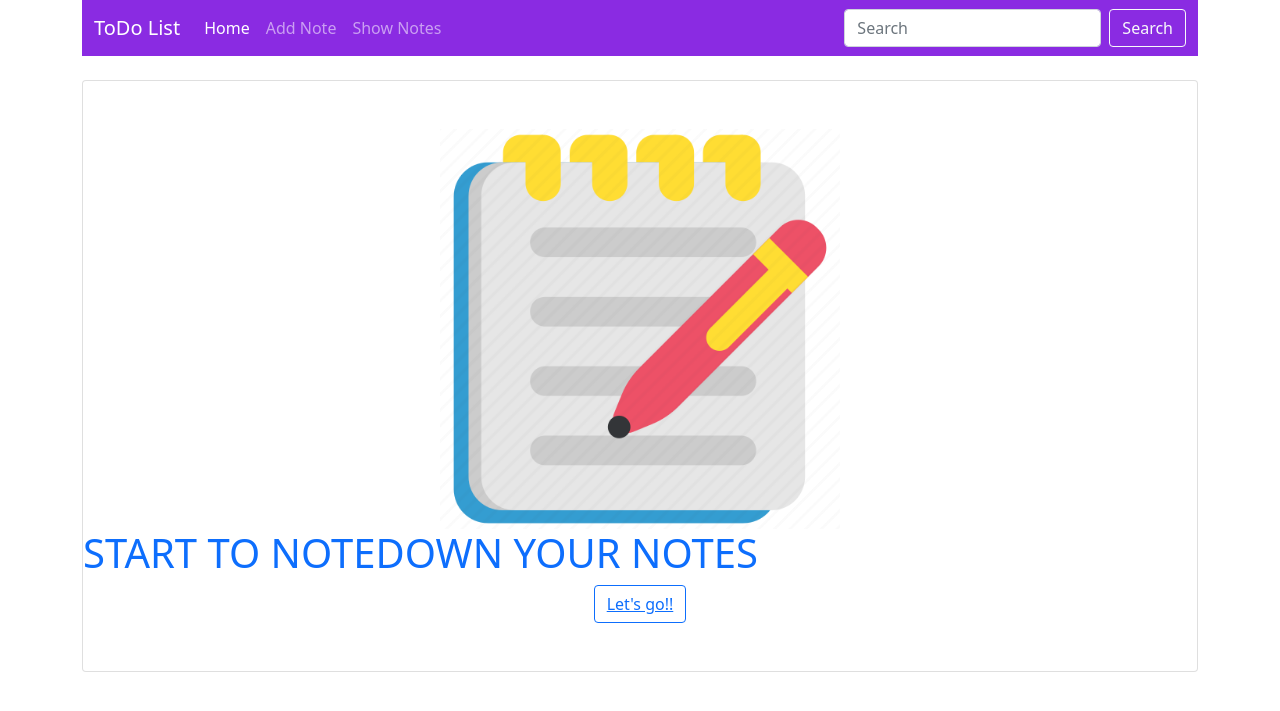
Repository: VishalSalvi17/Hibernate
Page: http://localhost/ToDoList/
An editor plug-in stored every save of this project. The page is shown before and after the next save, followed by the edit.
The browser window is 1280 px wide. The pictures show the whole page.
Some web libraries are served in a nearby version. The page is served by Tomcat 9. Other server files are loaded and not shown.

Above is the page before, as saved 2023-03-17 07:15:04.

### ToDoList/src/main/webapp/index.jsp
<!doctype html>
<html lang="en">
<head>
<!-- Required meta tags -->
<meta charset="utf-8">
<meta name="viewport" content="width=device-width, initial-scale=1">

<title>TODO List : Home Page</title>
<%@include file="all_js_css.jsp"%>
<link rel="stylesheet"
	href="https://cdnjs.cloudflare.com/ajax/libs/font-awesome/6.3.0/css/all.min.css"
	integrity="sha512-SzlrxWUlpfuzQ+pcUCosxcglQRNAq/DZjVsC0lE40xsADsfeQoEypE+enwcOiGjk/bSuGGKHEyjSoQ1zVisanQ=="
	crossorigin="anonymous" referrerpolicy="no-referrer" />
</head>
<body>
	<div class="container">
		<%@include file="navbar.jsp"%>
		<br>
		<div class="card py-5">
		<img alt="" class = "img-fluid mx-auto" width=400px src="img/notebook.webp" >
		<!-- <i class="fa-solid fa-envelope"></i>-->
		<h1 class = "text-primary text-uppercase">Start to notedown your notes</h1>
		<div class="container text-center">
			<button class="btn btn-outline-primary text-center"><a href = "addnote.jsp">Let's go!!</a></button>
		</div>

		</div>
	</div>
</body>
</html>

### ToDoList/src/main/webapp/all_js_css.jsp
<!-- Bootstrap CSS -->
<link
	href="https://cdn.jsdelivr.net/npm/bootstrap@5.0.2/dist/css/bootstrap.min.css"
	rel="stylesheet"
	integrity="sha384-EVSTQN3/azprG1Anm3QDgpJLIm9Nao0Yz1ztcQTwFspd3yD65VohhpuuCOmLASjC"
	crossorigin="anonymous">

<!-- style path-->
<link href="css/style.css" rel="stylesheet">

<!-- Option 1: Bootstrap Bundle with Popper -->
<script
	src="https://cdn.jsdelivr.net/npm/bootstrap@5.0.2/dist/js/bootstrap.bundle.min.js"
	integrity="sha384-MrcW6ZMFYlzcLA8Nl+NtUVF0sA7MsXsP1UyJoMp4YLEuNSfAP+JcXn/tWtIaxVXM"
	crossorigin="anonymous"></script>

<!-- Option 2: Separate Popper and Bootstrap JS -->
<script
	src="https://cdn.jsdelivr.net/npm/@popperjs/core@2.9.2/dist/umd/popper.min.js"
	integrity="sha384-IQsoLXl5PILFhosVNubq5LC7Qb9DXgDA9i+tQ8Zj3iwWAwPtgFTxbJ8NT4GN1R8p"
	crossorigin="anonymous"></script>
<script
	src="https://cdn.jsdelivr.net/npm/bootstrap@5.0.2/dist/js/bootstrap.min.js"
	integrity="sha384-cVKIPhGWiC2Al4u+LWgxfKTRIcfu0JTxR+EQDz/bgldoEyl4H0zUF0QKbrJ0EcQF"
	crossorigin="anonymous"></script>

### ToDoList/src/main/webapp/navbar.jsp
<nav class="navbar navbar-expand-lg navbar-dark blue">
  <div class="container-fluid">
    <a class="navbar-brand" href="index.jsp">ToDo List</a>
    <button class="navbar-toggler" type="button" data-bs-toggle="collapse" data-bs-target="#navbarSupportedContent" aria-controls="navbarSupportedContent" aria-expanded="false" aria-label="Toggle navigation">
      <span class="navbar-toggler-icon"></span>
    </button>
    <div class="collapse navbar-collapse" id="navbarSupportedContent">
      <ul class="navbar-nav me-auto mb-2 mb-lg-0">
        <li class="nav-item">
          <a class="nav-link active" aria-current="page" href="index.jsp">Home</a>
        </li>
        <li class="nav-item">
          <a class="nav-link" href="addnote.jsp">Add Note</a>
        </li>
        <li class="nav-item">
          <a class="nav-link" href="all_notes.jsp" tabindex="-1">Show Notes</a>
        </li>
      </ul>
      <form class="d-flex">
        <input class="form-control me-2" type="search" placeholder="Search" aria-label="Search">
        <button class="btn btn-outline-light" type="submit">Search</button>
      </form>
    </div>
  </div>
</nav>

### ToDoList/src/main/webapp/css/style.css
.blue{
	background:#8A2BE2;
}

After the next save:
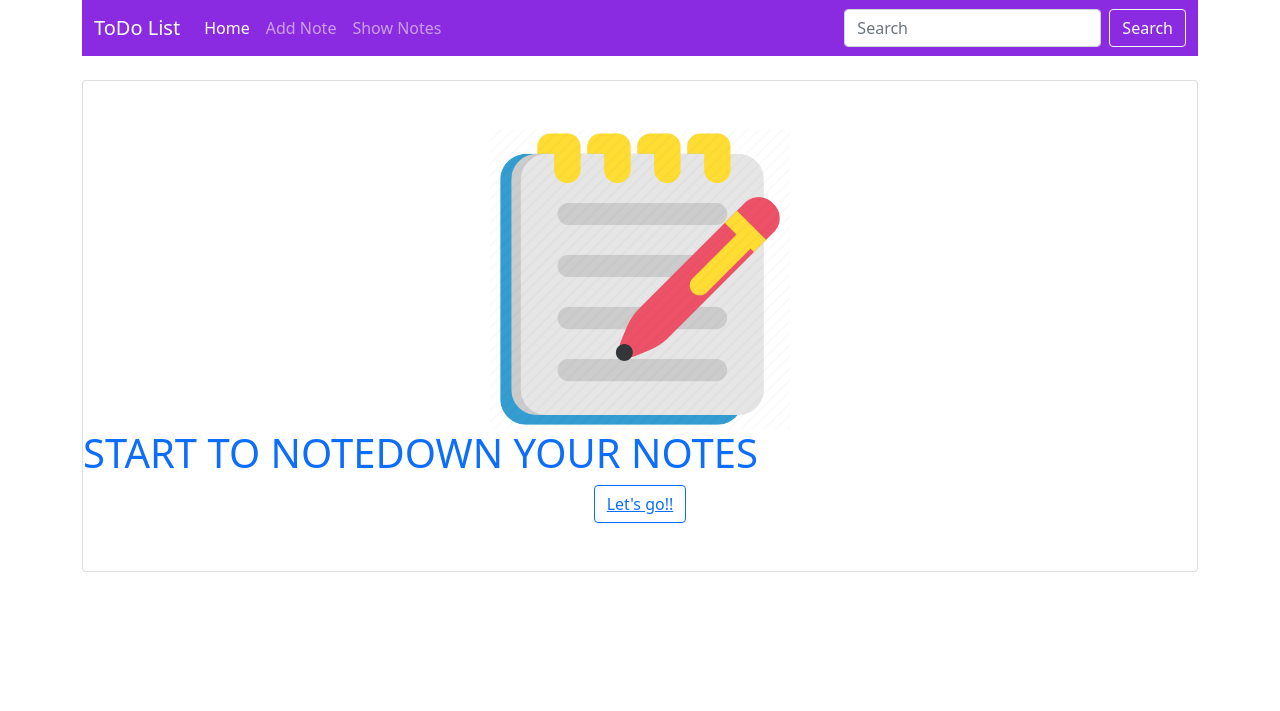
Saved 10 s later.
--- a/ToDoList/src/main/webapp/index.jsp
+++ b/ToDoList/src/main/webapp/index.jsp
@@ -17,7 +17,7 @@
 		<%@include file="navbar.jsp"%>
 		<br>
 		<div class="card py-5">
-		<img alt="" class = "img-fluid mx-auto" width=400px src="img/notebook.webp" >
+		<img alt="" class = "img-fluid mx-auto" width=300px src="img/notebook.webp" >
 		<!-- <i class="fa-solid fa-envelope"></i>-->
 		<h1 class = "text-primary text-uppercase">Start to notedown your notes</h1>
 		<div class="container text-center">
